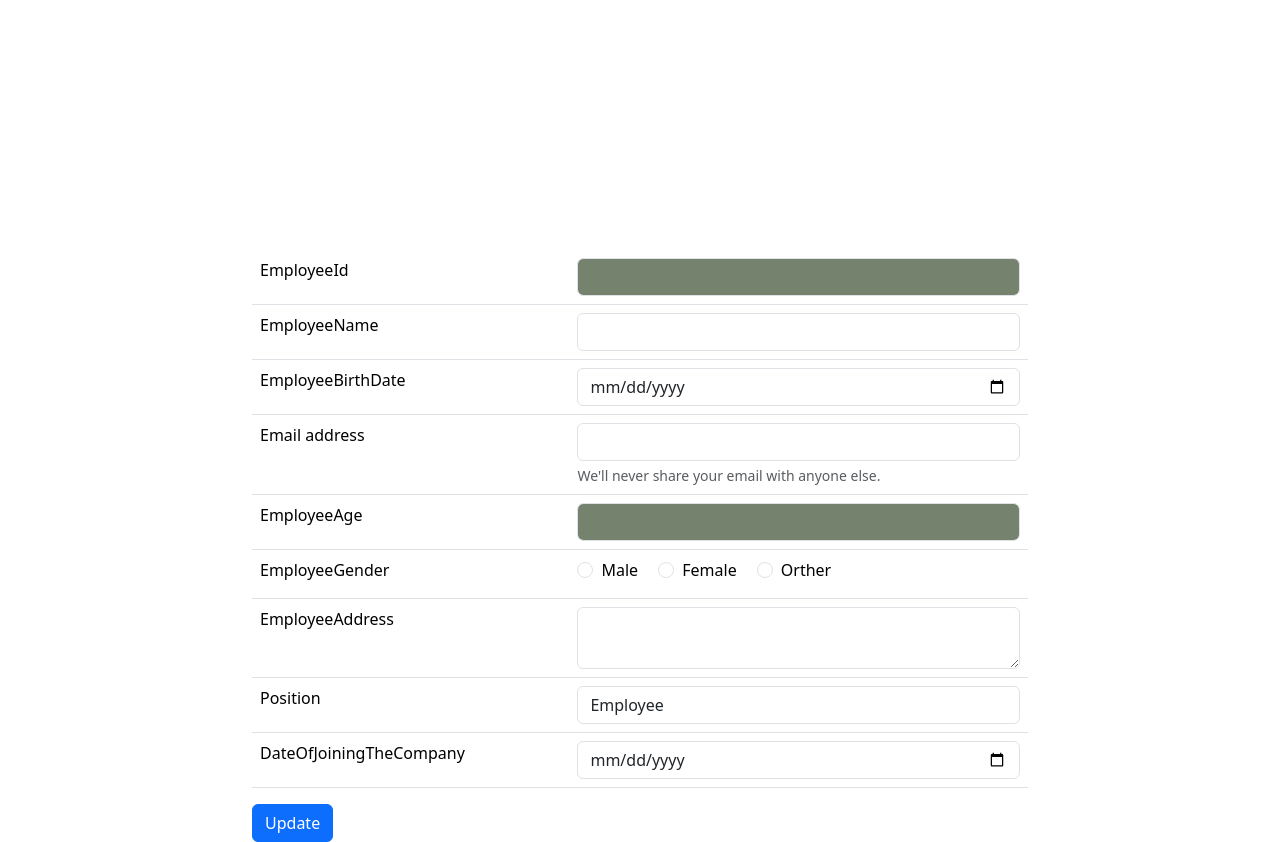
Repository: tranhuuan1703/BaiTapServlet
Page: http://localhost/bai_tap_jsp_servlet/views/Edit.jsp
The author's editor kept a copy of each file at every save. The page is drawn from the files as they stood at one save, then again after the next save.
The browser window is 1280 px wide. The pictures show the whole page.
Some web libraries are served in a nearby version. The page is served by Tomcat 9.

Above is the page before, as saved 2024-08-09 09:52:01.

After the next save:
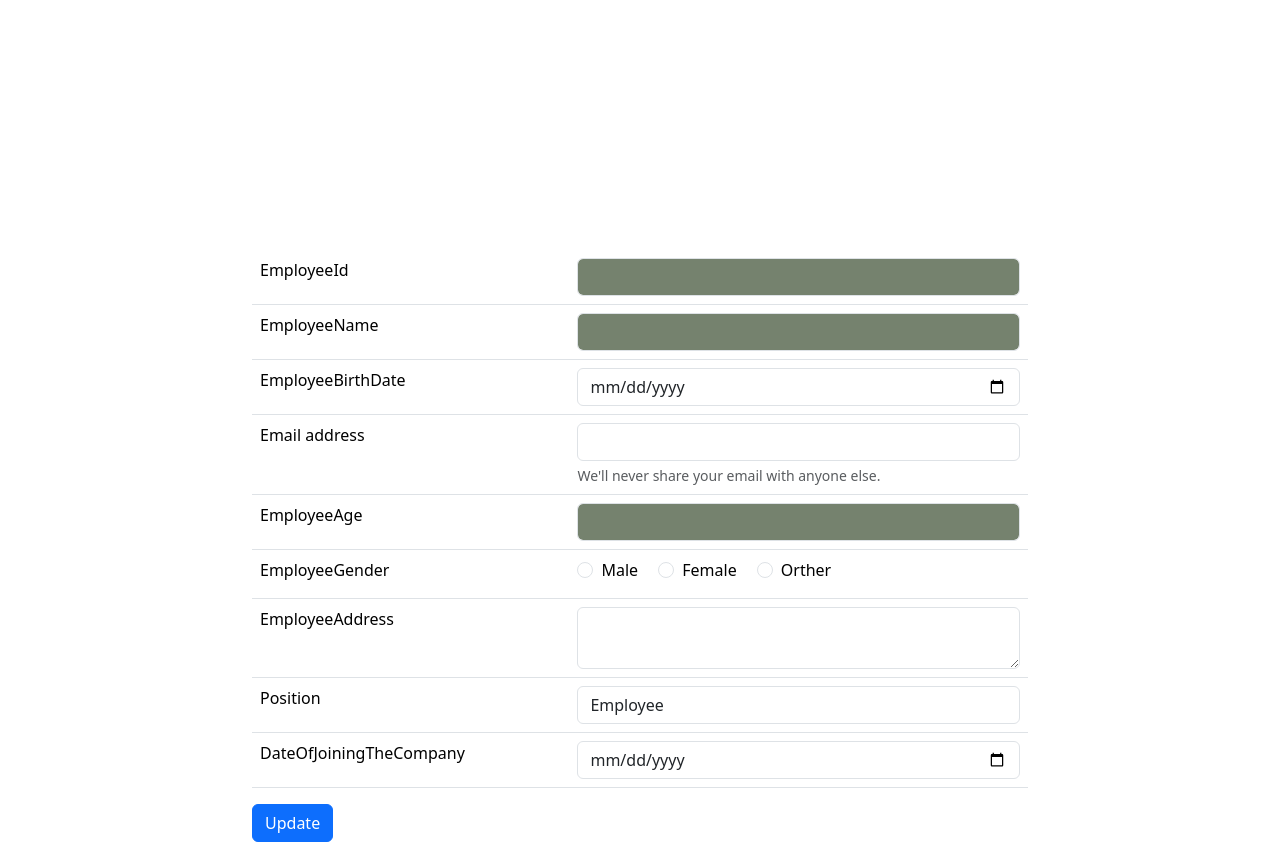
Saved 21 s later.
--- a/bai_tap_jsp_servlet/bai_tap_jsp_servlet/src/main/webapp/views/Edit.jsp
+++ b/bai_tap_jsp_servlet/bai_tap_jsp_servlet/src/main/webapp/views/Edit.jsp
@@ -30,7 +30,7 @@
                <tr>
                   <td><label for="nameEmployee" class="form-label">EmployeeName</label></td>
                   <td>
-                     <input type="text" class="form-control" id="nameEmployee" aria-describedby="emailHelp" value="${employeeInfo.employeeName}" name="nameEmployee">
+                     <input type="text" class="form-control" id="nameEmployee" aria-describedby="emailHelp" value="${employeeInfo.employeeName}" name="nameEmployee" style="background-color: #75826e;">
                   </td>
                </tr>
                <tr>
